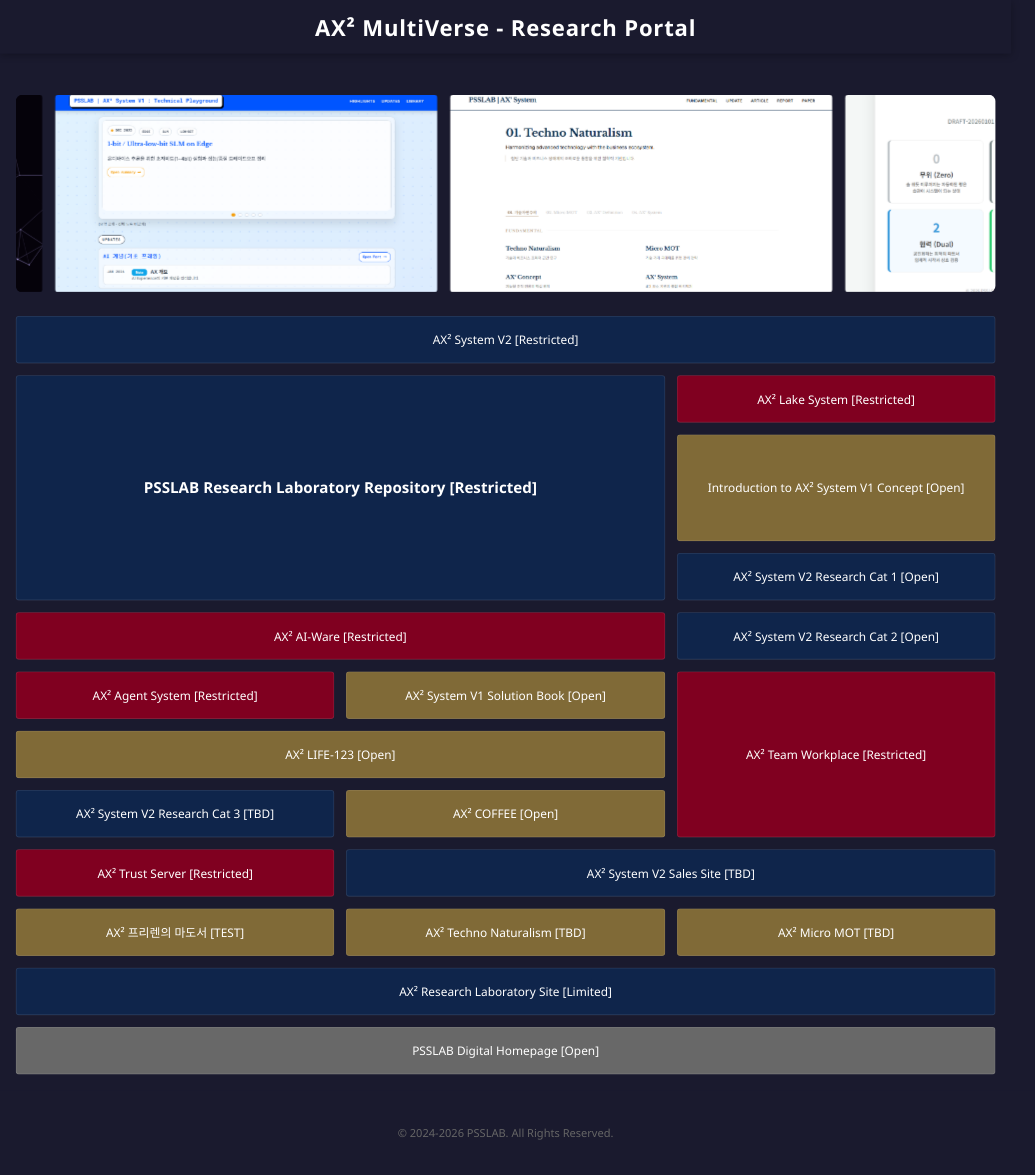
Repository: hycse89/PSSLAB_OpenSite
Page: psslab_multiverse_v3.html
These files come from the project's save history. The page is drawn as it stood at one moment and after the next save; the edit follows.
The browser window is 1280 px wide. The page is 1310 px wide, so the pictures cover 1310 px, including what lies to the right of the window. The pictures show the whole page, at 79% of full size.

Above is the page before, as saved 2026-01-11 21:28:07.

### psslab_multiverse_v3.html
<!DOCTYPE html>
<html lang="en">
<head>
    <meta charset="UTF-8">
    <meta name="viewport" content="width=device-width, initial-scale=1.0">
    <title>PSSLAB MultiVerse Campus - Mondrian Edition</title>

    <link rel="icon" type="image/png" href="favicon.png">

    <style>
        /* General Page Styles */
        body {
            margin: 0;
            background-color: #1a1a2e;
            font-family: 'Segoe UI', Arial, sans-serif;
            display: flex;
            flex-direction: column;
            align-items: center;
            min-height: 100vh;
            color: #ffffff;
        }

        /* Fixed Header */
        .header {
            position: fixed;
            top: 0;
            left: 0;
            width: 100%;
            background-color: #1a1a2e;
            color: #ffffff;
            z-index: 1000;
            padding: 15px 0;
            box-shadow: 0 2px 10px rgba(0,0,0,0.3);
        }

        .header h1 {
            font-size: 28px;
            margin: 0;
            text-align: center;
            letter-spacing: 1px;
        }

        /* Main content container */
        .main-content {
            margin-top: 100px;
            width: 100%;
            max-width: 1400px;
            display: flex;
            flex-direction: column;
            align-items: center;
            padding: 20px;
            box-sizing: border-box;
        }

        /* Image Slider Container */
        .slider-container {
            width: 100%;
            overflow: hidden;
            margin-bottom: 30px;
            border-radius: 8px;
        }

        .slider-wrapper {
            display: flex;
            width: calc(500px * 13);
            animation: scroll 60s linear infinite;
        }

        .slider-image {
            width: 500px;
            height: 250px;
            flex-shrink: 0;
            padding: 0 8px;
            box-sizing: border-box;
        }

        .slider-image img {
            width: 100%;
            height: 100%;
            object-fit: cover;
            border-radius: 4px;
        }

        @keyframes scroll {
            0% { transform: translateX(0); }
            100% { transform: translateX(calc(-500px * 11)); }
        }

        /* --- Mondrian Grid Layout System --- */
        .link-container {
            display: grid;
            /* 최소 너비 350px 확보 */
            grid-template-columns: repeat(auto-fill, minmax(350px, 1fr));
            /* 60px 단위의 눈금 설정 */
            grid-auto-rows: 60px;
            gap: 15px;
            width: 100%;
            /* 빈 공간을 최적으로 메워주는 설정 */
            grid-auto-flow: dense;
        }

        /* Link Button Base Style */
        .link-button {
            display: flex;
            align-items: center;
            justify-content: center;
            padding: 20px;
            font-size: 15px;
            color: white;
            text-decoration: none;
            border-radius: 4px;
            transition: all 0.3s cubic-bezier(0.25, 0.8, 0.25, 1);
            text-align: center;
            box-sizing: border-box;
            line-height: 1.4;
            border: 1px solid rgba(255,255,255,0.1);
        }

        .link-button:hover {
            transform: scale(1.01);
            filter: brightness(1.2);
            box-shadow: 0 5px 15px rgba(0,0,0,0.3);
            z-index: 2;
        }

        /* --- Mondrian Size Classes (Proportional) --- */
        /* 가로 비중 */
        .w-1 { grid-column: span 1; }
        .w-2 { grid-column: span 2; }
        .w-3 { grid-column: span 3; }

        /* 세로 비중 (60px의 배수) */
        .h-1 { grid-row: span 1; } /* 120px + gap */
        .h-2 { grid-row: span 2; } /* 240px + gap */
        .h-3 { grid-row: span 3; } /* 360px + gap */

        /* 특수 크기: 제목 강조형 */
        .size-hero { grid-column: span 2; grid-row: span 4; font-size: 1.2rem; font-weight: bold; }

        /* Button Colors */
        .color-1 { background-color: #0F254B; }
        .color-2 { background-color: #800020; }
        .color-3 { background-color: #806a37; }
        .color-4 { background-color: #2b2b2b; }
        .color-5 { background-color: #686868; }

        footer {
            width: 100%;
            padding: 30px;
            text-align: center;
            background-color: #1a1a2e;
            color: #666;
            font-size: 14px;
        }

        /* Responsive */
        @media (max-width: 768px) {
            .link-container { grid-template-columns: 1fr; }
            .w-2, .h-2, .h-3, .size-hero { grid-column: span 1; grid-row: span 2; }
        }
    </style>
</head>
<body>

    <header class="header">
        <h1>AX² MultiVerse - Research Portal</h1>
    </header>

    <main class="main-content">
        <div class="slider-container">
            <div class="slider-wrapper">
                <div class="slider-image"><img src="./images/Image2.png" alt="2"></div>
                <div class="slider-image"><img src="./images/Image21.png" alt="21"></div>
                <div class="slider-image"><img src="./images/Image22.png" alt="22"></div>
                <div class="slider-image"><img src="./images/Image31.png" alt="31"></div>
                <div class="slider-image"><img src="./images/Image32.png" alt="32"></div>
                <div class="slider-image"><img src="./images/Image11.png" alt="11"></div>
                <div class="slider-image"><img src="./images/Image3.png" alt="3"></div>
                <div class="slider-image"><img src="./images/Image4.png" alt="4"></div>
                <div class="slider-image"><img src="./images/Image5.png" alt="5"></div>
                <div class="slider-image"><img src="./images/Image1.png" alt="1"></div>
                <div class="slider-image"><img src="./images/Image2.png" alt="2"></div>
            </div>
        </div>

        <div class="link-container">
            <a href="http://localhost:8008" class="link-button color-1 w-3 h-1">AX² System V2 [Restricted]</a>

            <a href="https://github.com/hycse89" class="link-button color-1 size-hero">PSSLAB Research Laboratory Repository [Restricted]</a>

            <a href="http://localhost:8004" class="link-button color-2 h-1">AX² Lake System [Restricted]</a>

            <a href="ax2_v1_concept/ax2_homepage.html" class="link-button color-3 h-2">Introduction to AX² System V1 Concept [Open]</a>

            <a href="ax2_v1_20260101/index.html" class="link-button color-1 h-1">AX² System V2 Research Cat 1 [Open]</a>

            <a href="http://localhost:8002" class="link-button color-2 w-2 h-1">AX² AI-Ware [Restricted]</a>

            <a href="ax2_v2_20260101/index.html" class="link-button color-1 h-1">AX² System V2 Research Cat 2 [Open]</a>

            <a href="http://localhost:8003" class="link-button color-2 h-1">AX² Agent System [Restricted]</a>

            <a href="ax2_v1_concept/solution_book/index.html" class="link-button color-3 h-1">AX² System V1 Solution Book [Open]</a>

            <a href="http://localhost:8007" class="link-button color-2 h-3">AX² Team Workplace [Restricted]</a>

            <a href="http://localhost:8001/ax_site/ax2_life_123/index.html" class="link-button color-3 w-2 h-1">AX² LIFE-123 [Open]</a>

            <a href="ax2_v3_20260101/index.html" class="link-button color-1 h-1">AX² System V2 Research Cat 3 [TBD]</a>

            <a href="http://localhost:8001/ax_site/ax2_coffee/index.html" class="link-button color-3 h-1">AX² COFFEE [Open]</a>

            <a href="http://localhost:8005" class="link-button color-2 h-1">AX² Trust Server [Restricted]</a>

            <a href="ax2_sales/index.html" class="link-button color-1 w-2 h-1">AX² System V2 Sales Site [TBD]</a>

            <a href="http://localhost:8001/ax_site/ax2_frieren/index.html" class="link-button color-3 h-1">AX² 프리렌의 마도서 [TEST]</a>

            <a href="http://localhost:8001/utils/markdown_viewer.html?file=/ax_research/doc/doc_ax_techno_naturalism_v5.md" class="link-button color-3 h-1">AX² Techno Naturalism [TBD]</a>

            <a href="http://localhost:8001/utils/markdown_viewer.html?file=/ax_research/doc/doc_ax_micro_mot_v2.md" class="link-button color-3 h-1">AX² Micro MOT [TBD]</a>

            <a href="https://hycse89.github.io/PSSLAB_OpenSite/ax2_research_lab/" class="link-button color-1 w-3 h-1">AX² Research Laboratory Site [Limited]</a>

            <a href="http://www.psslab.co.kr" class="link-button color-5 w-3 h-1">PSSLAB Digital Homepage [Open]</a>
        </div>
    </main>

    <footer>
        <p>&copy; 2024-2026 PSSLAB. All Rights Reserved.</p>
    </footer>

</body>
</html>

After the next save:
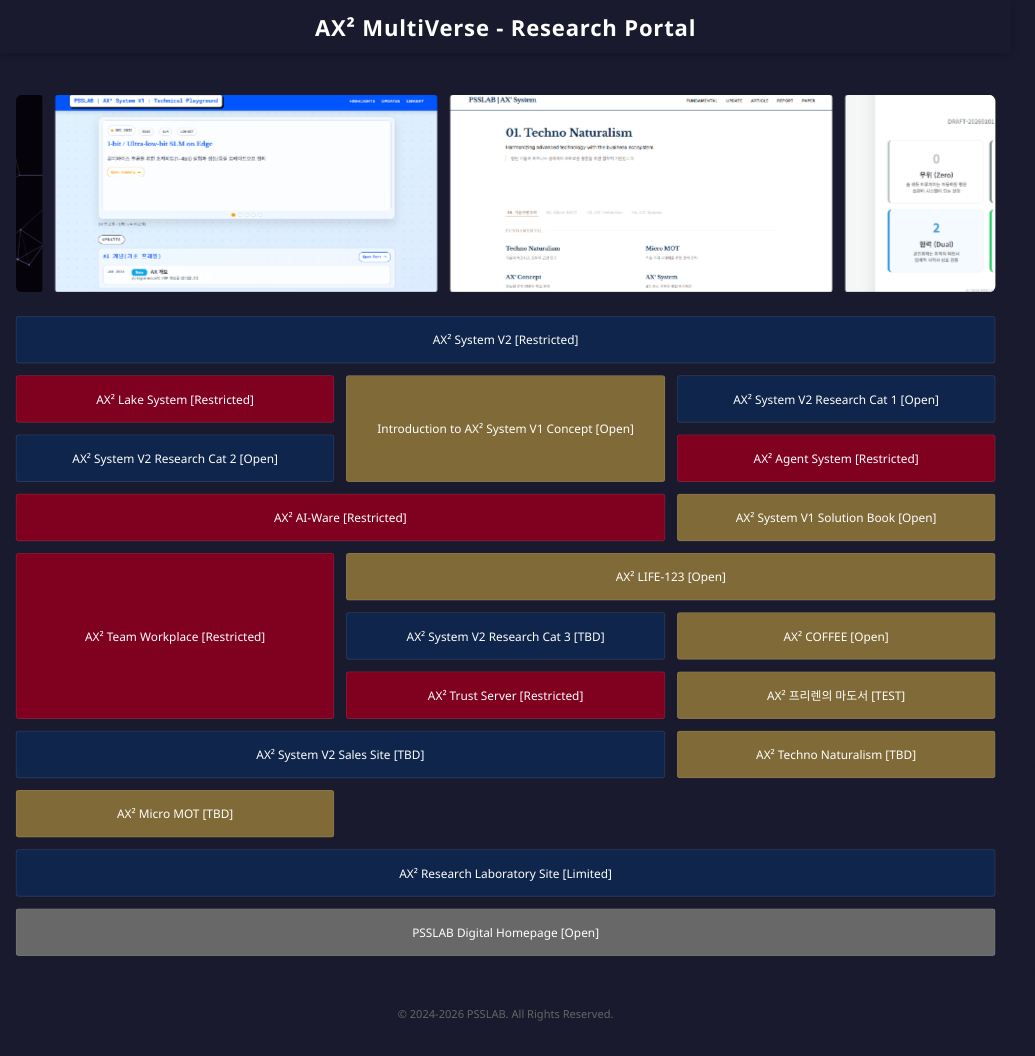
Saved 5 min 7 s later.
--- a/psslab_multiverse_v3.html
+++ b/psslab_multiverse_v3.html
@@ -186,7 +186,6 @@
         <div class="link-container">
             <a href="http://localhost:8008" class="link-button color-1 w-3 h-1">AX² System V2 [Restricted]</a>
 
-            <a href="https://github.com/hycse89" class="link-button color-1 size-hero">PSSLAB Research Laboratory Repository [Restricted]</a>
 
             <a href="http://localhost:8004" class="link-button color-2 h-1">AX² Lake System [Restricted]</a>
 
